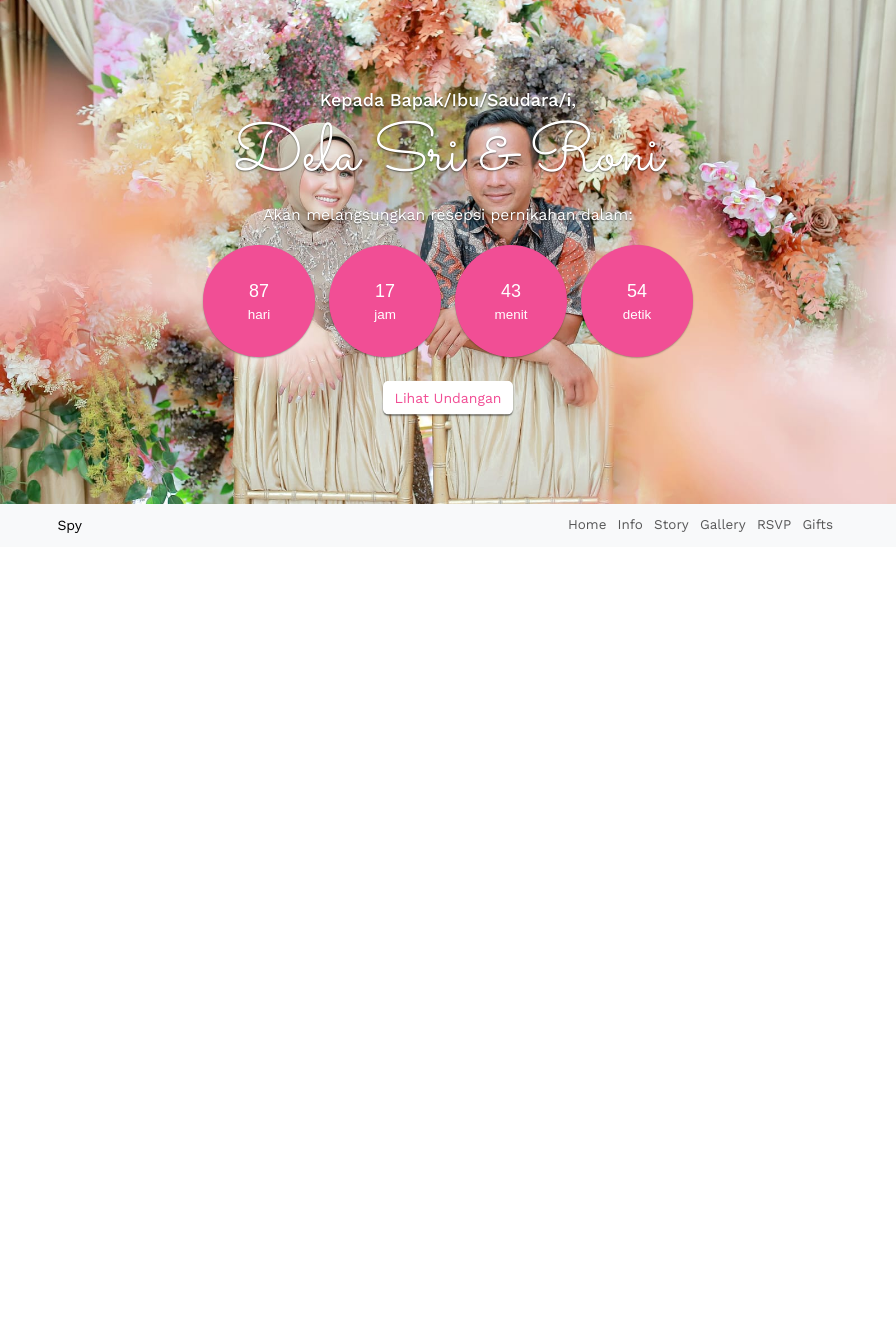
Repository: sellayspy/invitation
Page: index.html
These files come from the project's save history. The page is drawn as it stood at one moment and after the next save; the edit follows.
The browser window is 1280 px wide. The pictures show the part of the page from y = 0 to 1920 px (the page is 4000 px tall), at 70% of full size.

Above is the page before, as saved 2024-07-08 15:32:18.

### index.html
<!DOCTYPE html>
<html lang="en">
  <head>
    <meta charset="utf-8" />
    <meta name="viewport" content="width=device-width, initial-scale=1" />
    <title>Dela & Roni</title>
    <link
      href="https://cdn.jsdelivr.net/npm/bootstrap@5.3.3/dist/css/bootstrap.min.css"
      rel="stylesheet"
      integrity="sha384-QWTKZyjpPEjISv5WaRU9OFeRpok6YctnYmDr5pNlyT2bRjXh0JMhjY6hW+ALEwIH"
      crossorigin="anonymous"
    />
    <link rel="preconnect" href="https://fonts.googleapis.com" />
    <link rel="preconnect" href="https://fonts.gstatic.com" crossorigin />
    <link
      href="https://fonts.googleapis.com/css2?family=Sacramento&family=Work+Sans:ital,wght@0,100..900;1,100..900&display=swap"
      rel="stylesheet"
    />

    <!--Simple Coutdown-->
    <link rel="stylesheet" href="coutdown/simplyCountdown.theme.default.css" />
    <script src="coutdown/simplyCountdown.min.js"></script>

    <link rel="stylesheet" href="style.css" />
  </head>
  <body>
    <section
      id="hero"
      class="hero w-100 h-100 p-3 mx-auto text-center d-flex justify-content-center align-items-center text-white"
    >
      <main>
        <h4>Kepada Bapak/Ibu/Saudara/i,</h4>
        <h1>Dela Sri & Roni</h1>
        <p>Akan melangsungkan resepsi pernikahan dalam:</p>
        <div class="simply-countdown"></div>
        <a href="#undangan" class="btn btn-lg mt-4">Lihat Undangan</a>
      </main>
    </section>

    <nav class="navbar navbar-expand-md bg-body-tertiary sticky-top mynavbar">
      <div class="container">
        <a class="navbar-brand" href="#">Spy</a>
        <button
          class="navbar-toggler"
          type="button"
          data-bs-toggle="offcanvas"
          data-bs-target="#offcanvasNavbar"
          aria-controls="offcanvasNavbar"
          aria-label="Toggle navigation"
        >
          <span class="navbar-toggler-icon"></span>
        </button>
        <div
          class="offcanvas offcanvas-end"
          tabindex="-1"
          id="offcanvasNavbar"
          aria-labelledby="offcanvasNavbarLabel"
        >
          <div class="offcanvas-header">
            <h5 class="offcanvas-title" id="offcanvasNavbarLabel">Spy</h5>
            <button
              type="button"
              class="btn-close"
              data-bs-dismiss="offcanvas"
              aria-label="Close"
            ></button>
          </div>
          <div class="offcanvas-body">
            <div class="navbar-nav ms-auto">
              <a class="nav-link" href="#home">Home</a>
              <a class="nav-link" href="#info">Info</a>
              <a class="nav-link" href="#story">Story</a>
              <a class="nav-link" href="#gallery">Gallery</a>
              <a class="nav-link" href="#rsvp">RSVP</a>
              <a class="nav-link" href="#gift">Gifts</a>
            </div>
          </div>
        </div>
      </div>
    </nav>

    <script
      src="https://cdn.jsdelivr.net/npm/bootstrap@5.3.3/dist/js/bootstrap.bundle.min.js"
      integrity="sha384-YvpcrYf0tY3lHB60NNkmXc5s9fDVZLESaAA55NDzOxhy9GkcIdslK1eN7N6jIeHz"
      crossorigin="anonymous"
    ></script>

    <script>
      simplyCountdown(".simply-countdown", {
        year: 2024, // required
        month: 10, // required
        day: 4, // required
        hours: 8, // Default is 0 [0-23] integer
        words: {
          //words displayed into the countdown
          days: { singular: "hari", plural: "hari" },
          hours: { singular: "jam", plural: "jam" },
          minutes: { singular: "menit", plural: "menit" },
          seconds: { singular: "detik", plural: "detik" },
        },
      });
    </script>
  </body>
</html>

### coutdown/simplyCountdown.theme.default.css
.simply-countdown {
  overflow: hidden;
  display: table;
  font-family: "Arial", sans-serif;
  margin: auto;
}
.simply-countdown > .simply-section {
  width: 50px;
  height: 50px;
  padding: 80px;
  display: flex;
  align-items: center;
  justify-content: center;
  float: left;
  margin: 10px;
  background: var(--pink);
  box-shadow: 0 1px 3px rgba(0, 0, 0, 0.12), 0 1px 2px rgba(0, 0, 0, 0.24);
  border-radius: 50%;
}
.simply-countdown > .simply-section .simply-amount,
.simply-countdown > .simply-section .simply-word {
  display: block;
  text-align: center;
}
.simply-countdown > .simply-section .simply-amount {
  font-size: 1.6rem;
}

### style.css
:root {
  --pink: #f14e95;

  --bg: #0a0a0a;

  --shadow: 0 2px 2px rgb(0 0 0/ 0.5);
}

body {
  font-size: 1.2rem;
  font-family: "Work Sans", sans-serif;
  min-height: 4000px;
}

.hero::before {
  content: "";
  position: absolute;
  top: 0;
  left: 0;
  height: 100%;
  width: 100%;
  background-image: url(img/gambar-1.jpg);
  background-size: cover;
  background-position: center;
  z-index: -1;
  filter: blur(1px);
}

.hero {
  position: relative;
  min-height: 100vh;
}

.hero h1,
.hero h4,
.hero p {
  text-shadow: var(--shadow);
}

.hero h1 {
  font-family: "Sacramento", cursive;
  font-size: 6rem;
}

.hero h4 {
  font-size: 1.6rem;
}

.hero p {
  font-size: 1.4rem;
}

.hero a {
  color: var(--pink);

  background-color: white;

  box-shadow: var(--shadow);
}

.hero a:hover {
  background-color: var(--pink);
  color: white;
}

.mynavbar {
}

.mynavbar .navbar-brand,
.mynavbar .offcanvas-title {
}

/* Media Query */

/* Laptop */
@media (max-width: 992px) {
  html {
    font-size: 75%;
  }
  .simply-countdown > .simply-section {
    padding: 70px;
  }
}

/* Tablet */
@media (max-width: 768px) {
  html {
    font-size: 65%;
  }
  .simply-countdown > .simply-section {
    padding: 60px;
    margin: 5px;
  }
}

/* mobile phone */
@media (max-width: 576px) {
  html {
    font-size: 55%;
  }
  .simply-countdown > .simply-section {
    padding: 45px;
    margin: 3px;
  }
}

Loaded but not shown: coutdown/simplyCountdown.min.js (library)

After the next save:
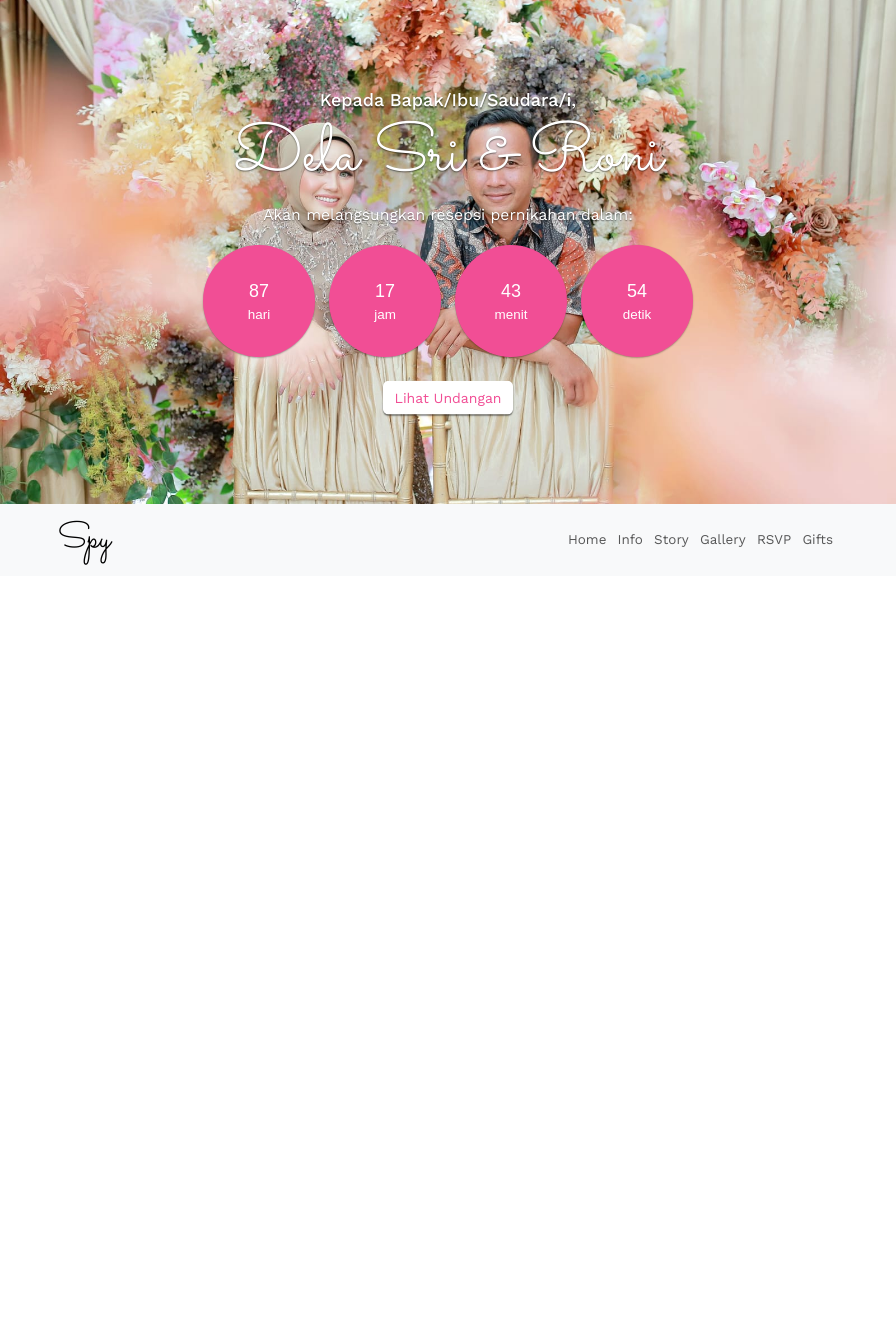
Saved 21 s later.
--- a/style.css
+++ b/style.css
@@ -68,6 +68,8 @@ body {
 
 .mynavbar .navbar-brand,
 .mynavbar .offcanvas-title {
+  font-family: "Sacramento", cursive;
+  font-size: 3.2rem;
 }
 
 /* Media Query */
